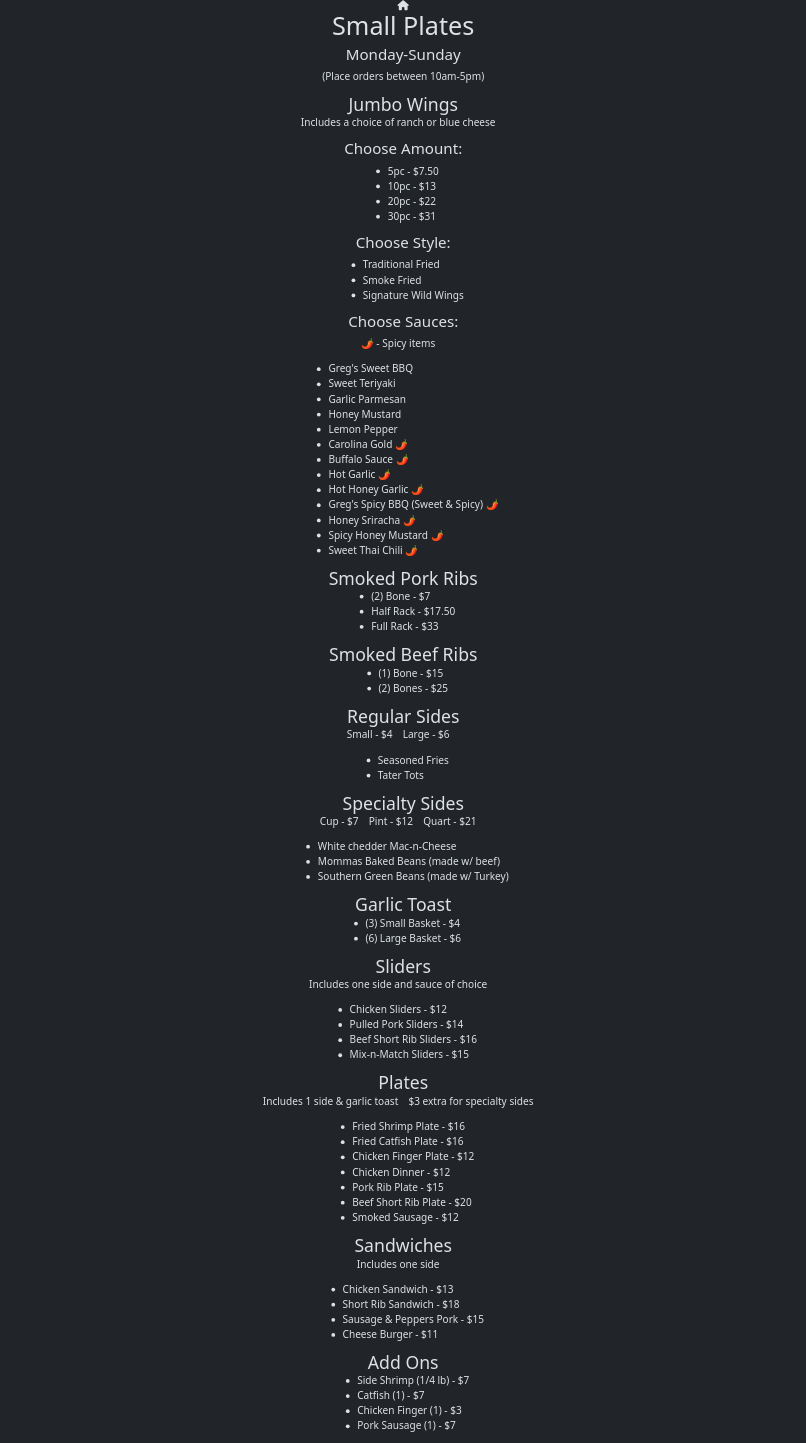
Repository: dukedward/smokehousemenu
Page: plates/index.html
An editor plug-in stored every save of this project. The page is shown before and after the next save, followed by the edit.
The browser window is 1280 px wide. The pictures show the whole page, at 63% of full size.
Some web libraries are served in a nearby version.

Above is the page before, as saved 2023-03-01 09:23:40.

After the next save:
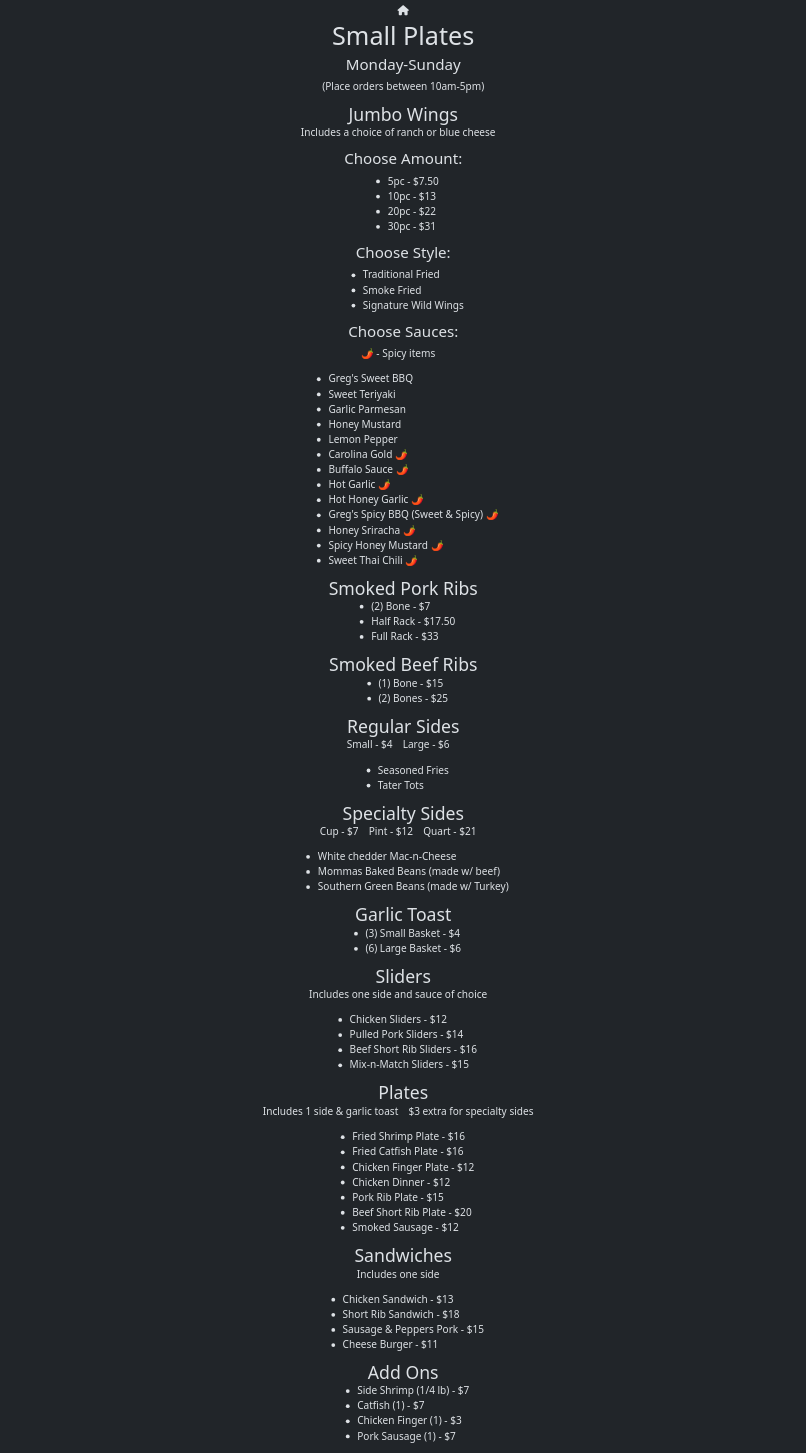
Saved 14 s later.
--- a/plates/index.html
+++ b/plates/index.html
@@ -11,7 +11,7 @@
 </head>
 <body>
     <div class="title">
-        <i class="fa-solid fa-house"></i>
+        <i class="fa-solid fa-house mt-2 mb-2"></i>
         <h1>Small Plates</h1>
         <h4>Monday-Sunday</h4>
         <p>(Place orders between 10am-5pm)</p>
